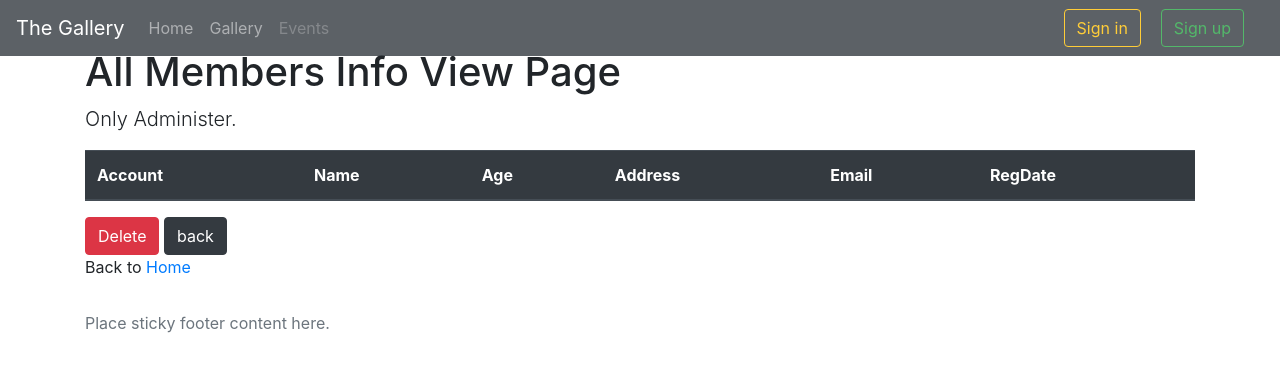
Repository: caramelsyrup/SpringProject1
Page: http://localhost/gallery/WEB-INF/views/member/allmember.jsp
The author's editor kept a copy of each file at every save. The page is drawn from the files as they stood at one save, then again after the next save.
The browser window is 1280 px wide. The pictures show the whole page.
The page is served by Tomcat 9. Nobody is signed in. The template is opened directly, without the code that normally fills it, so the values that code supplies are empty.

Above is the page before, as saved 2020-11-22 14:50:18.

After the next save:
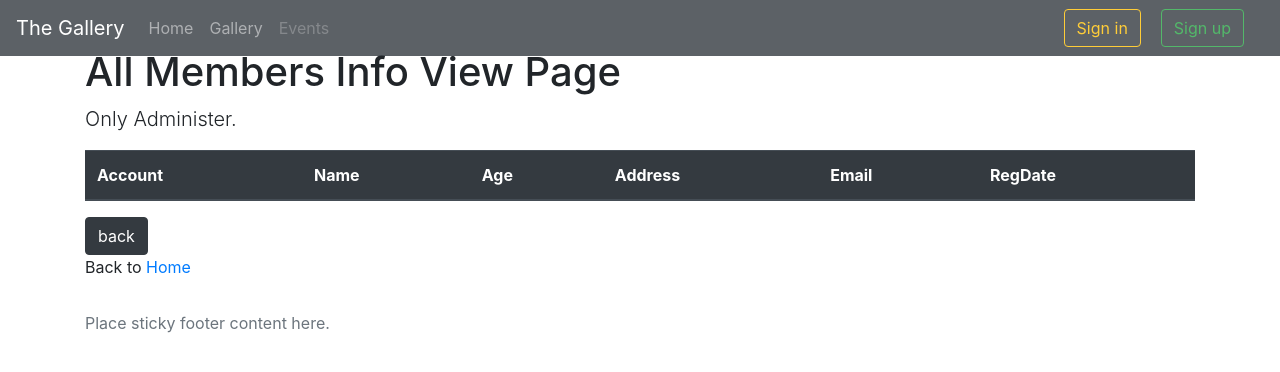
Saved 6 s later.
--- a/gallery/src/main/webapp/WEB-INF/views/member/allmember.jsp
+++ b/gallery/src/main/webapp/WEB-INF/views/member/allmember.jsp
@@ -36,7 +36,6 @@
 		    </c:forEach>
 		  </tbody>
 		</table>
-	<input class="btn btn-danger" type="button" id="btnMemDelete" value="Delete">
 	<input class="btn btn-dark" type="button" value="back" onclick="history.back()">
    <p>Back to <a href="/">Home</a></p>
   </div>
